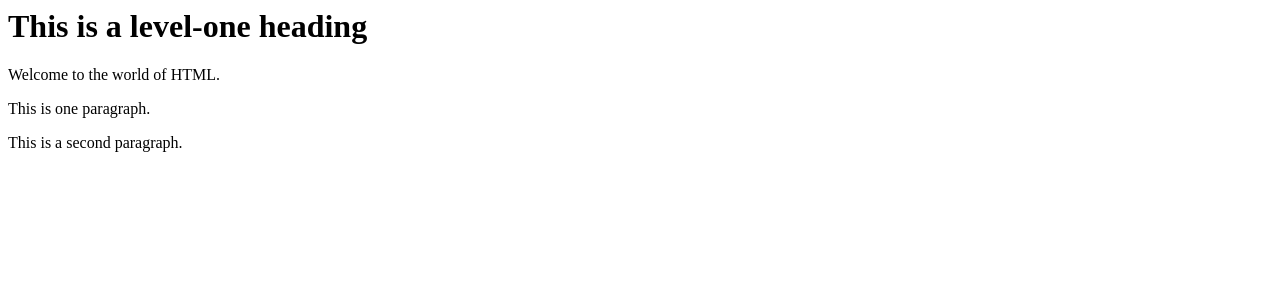
Repository: alejandro501/trainingdiary
Page: http://localhost/trainings
An editor plug-in stored every save of this project. The page is shown before and after the next save, followed by the edit.
The browser window is 1280 px wide. The pictures show the whole page.
The page is this project's Thymeleaf template; nobody is signed in. The template is opened directly, without the code that normally fills it, so the values that code supplies are empty.

Above is the page before, as saved 2018-09-13 17:05:14.

After the next save:
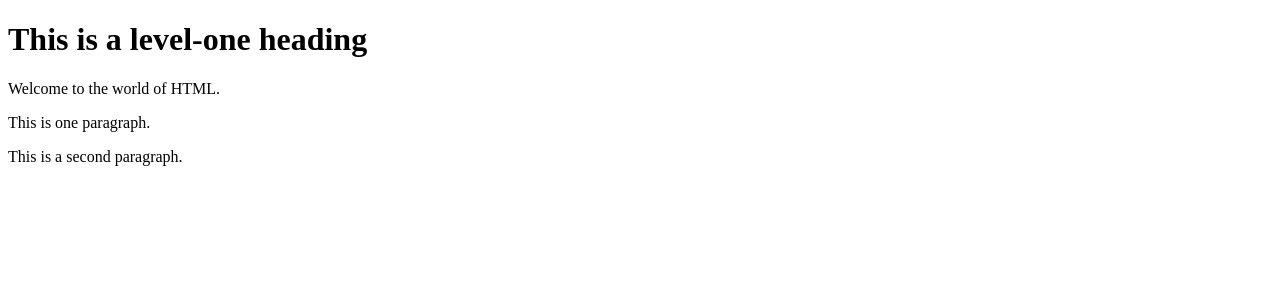
Saved 45 s later.
--- a/TrainingDiary/src/main/resources/templates/trainings.html
+++ b/TrainingDiary/src/main/resources/templates/trainings.html
@@ -1,17 +1,12 @@
-<html>
+<!DOCTYPE html>
 <head>
-<title> Another simple HTML example
-</title>
+<title>Another simple HTML example</title>
 </head>
 <body>
-<h1> This is a level-one heading </h1>
+	<h1>This is a level-one heading</h1>
 
-Welcome to the world of HTML.
-<p>
-This is one paragraph.
-</p>
-<p>
-This is a second paragraph.
-</p>
+	Welcome to the world of HTML.
+	<p>This is one paragraph.</p>
+	<p>This is a second paragraph.</p>
 </body>
 </html>
